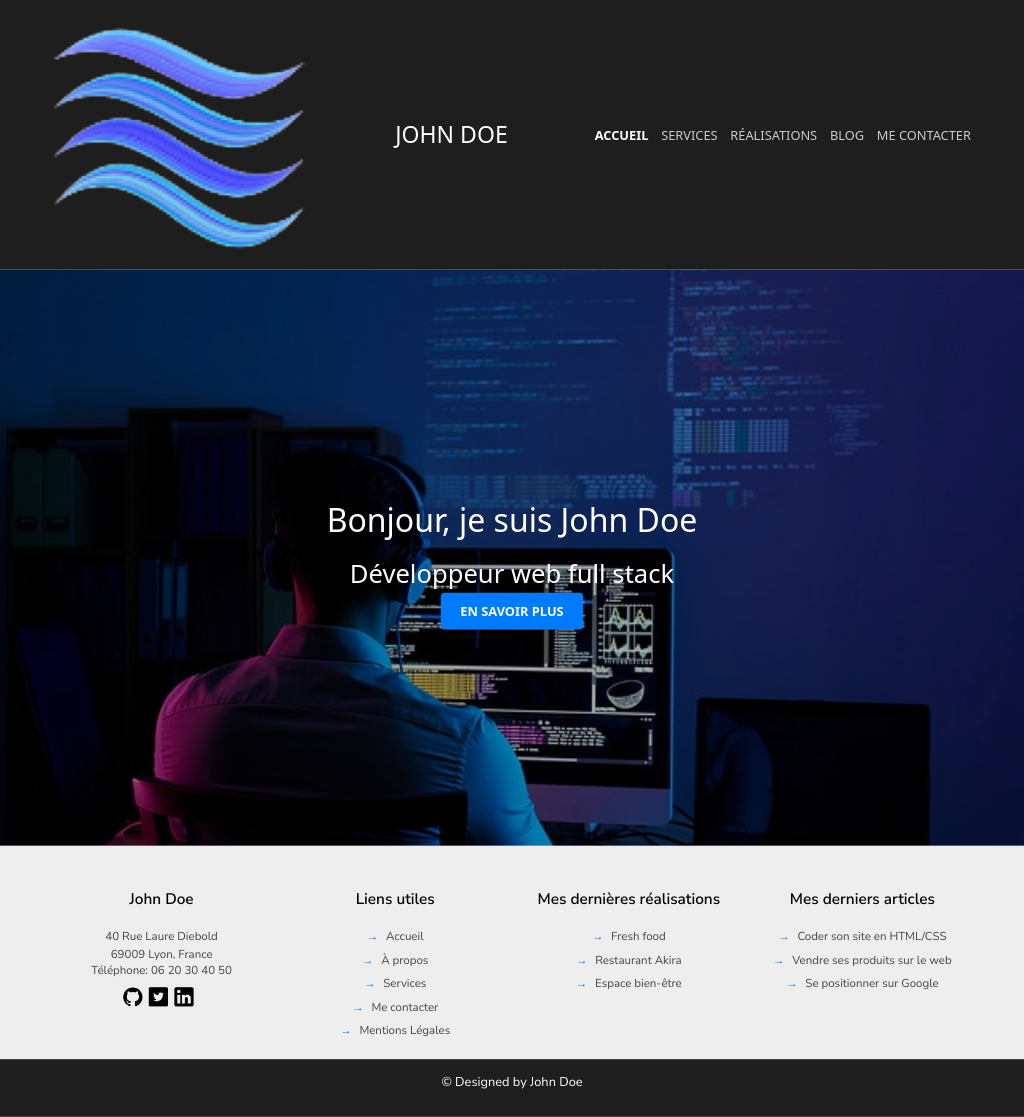
Repository: MagicCogs/optimisation-de-cv
Page: /
An editor plug-in stored every save of this project. The page is shown before and after the next save, followed by the edit.
The browser window is 1280 px wide. The pictures show the whole page, at 80% of full size.
The project was rebuilt for these pictures with package versions that can differ from the ones it lists, and the page was loaded fresh each time. Also part of the build but not shown: src/pages/Apropos.jsx, src/pages/Services.jsx, src/pages/Realisations.jsx, src/pages/Blog.jsx, src/pages/Contact.jsx, src/pages/MentionsLegales.jsx.

Above is the page before, as saved 2024-12-15 15:39:14.

### src/components/Header.jsx
import React, { useState } from 'react';
import { NavLink } from 'react-router-dom';
import '../styles/header.css';
import logo from '../images/logo.png';

const Header = () => {
  const [menuOpen] = useState(false);

  return (
    <header className="header">
      <div className="icon-card">
          <img src={logo} alt="Logo Icon" className="logo" />
      </div>
      <h1>JOHN DOE</h1>
      <nav className={`navbar ${menuOpen ? 'open' : ''}`}>
        <ul>
          <li>
            <NavLink exact to="/" activeClassName="active">
              ACCUEIL
            </NavLink>
          </li>
          <li>
            <NavLink className="nav-link" to="/services">
              SERVICES
            </NavLink>
          </li>
          <li>
            <NavLink className="nav-link" to="/realisations">
              RÉALISATIONS
            </NavLink>
          </li>
          <li>
            <NavLink className="nav-link" to="/blog">
              BLOG
            </NavLink>
          </li>
          <li>
            <NavLink className="nav-link" to="/contact">
              ME CONTACTER
            </NavLink>
          </li>
        </ul>
      </nav>
    </header>
  );
};

export default Header;

### src/components/Footer.jsx
import React, { useEffect } from 'react';
import { Link } from 'react-router-dom';
import '../styles/footer.css';
import githubIcon from '../images/github.png';
import twitterIcon from '../images/twitter.png';
import linkedinIcon from '../images/linkedin.png';

const Footer = () => {

  // Fonction pour faire défiler la page vers le haut
  const scrollToTop = () => {
    window.scrollTo({ top: 0, behavior: 'smooth' });
  };

  useEffect(() => {
    // Afficher ou cacher le bouton de retour en haut en fonction du défilement
    const handleScroll = () => {
      const scrollTopButton = document.getElementById('scrollTopButton');
      if (window.scrollY > 300) {
        scrollTopButton.style.display = 'block'; // Affiche le bouton si on défile plus de 300px
      } else {
        scrollTopButton.style.display = 'none'; // Cache le bouton si on est en haut de la page
      }
    };

    window.addEventListener('scroll', handleScroll); // Ajoute l'événement de scroll
    return () => {
      window.removeEventListener('scroll', handleScroll); // Nettoyage de l'événement
    };
  }, []);

  return (
    <footer className="footer-container">
      <div className="footer-content">
        <section id="profile">
          <h2>John Doe</h2>
          <p>40 Rue Laure Diebold<br />69009 Lyon, France<br />Téléphone: 06 20 30 40 50</p>
          <a href="https://github.com/MagicCogs" target="_blank" rel="nofollow noreferrer">
            <img src={githubIcon} alt="GitHub Icon" className="icon" />
          </a>
          <a href="https://x.com/home" target="_blank" rel="nofollow noreferrer">
            <img src={twitterIcon} alt="Twitter Icon" className="icon" />
          </a>
          <a href="https://www.linkedin.com/feed/?trk=guest_homepage-basic_google-one-tap-submit" target="_blank" rel="nofollow noreferrer">
            <img src={linkedinIcon} alt="LinkedIn Icon" className="icon" />
          </a>
        </section>

        <section id="liensutiles">
          <h2>Liens utiles</h2>
          <p><Link to="/">Accueil</Link></p>
          <p><Link to="/about">À propos</Link></p>
          <p><Link to="/services">Services</Link></p>
          <p><Link to="/contact">Me contacter</Link></p>
          <p><Link to="/mentions-legales">Mentions Légales</Link></p>
        </section>

        <section id="realisations">
          <h2>Mes dernières réalisations</h2>
          <p><Link to="/projects/fresh-food">Fresh food</Link></p>
          <p><Link to="/projects/akira-restaurant">Restaurant Akira</Link></p>
          <p><Link to="/projects/wellness-space">Espace bien-être</Link></p>
        </section>

        <section id="articles">
          <h2>Mes derniers articles</h2>
          <p><Link to="/blog/html-css">Coder son site en HTML/CSS</Link></p>
          <p><Link to="/blog/sell-online">Vendre ses produits sur le web</Link></p>
          <p><Link to="/blog/seo">Se positionner sur Google</Link></p>
        </section>
      </div>

      <div className="footer-bar">
        <p>© Designed by John Doe</p>
        <button
          id="scrollTopButton"
          className="scroll-top"
          onClick={scrollToTop}
        >
          ↑
        </button>
      </div>

    </footer>
  );
};

export default Footer;

### src/pages/Accueil.jsx
// src/pages/Accueil.jsx
import React from 'react';
import { Link } from 'react-router-dom';
import '../styles/main.css';

const Accueil = () => (
<div className="accueil">
<div className="accueil-content">
    <h1>Bonjour, je suis John Doe</h1>
    <h2>Développeur web full stack</h2>
    <Link to="/apropos" className="btn-apropos">
      En savoir plus
    </Link>
  </div>
</div>
);

export default Accueil;

### src/styles/header.css
.header {
    display: flex;
    flex-direction: column;
    align-items: center;
    justify-content: center;
    padding: 1rem;
    background-color: #1e1e1e;
    color: #ffffff;
    position: relative;
    z-index: 1000;
    width: 100%;
    transition: height 0.3s ease-out;
  }

  .header h1 {
    margin: 0;
    font-size: 1.8rem;
    color: #ffffff;
  }

  .navbar {
    display: none;
    flex-direction: column;
    align-items: center;
    width: 100%;
    background-color: #1e1e1e;
    position: absolute;
    top: 100%;
    left: 0;
    z-index: 999;
    overflow: hidden;
  }

  .navbar.open {
    display: flex;
  }

  .navbar ul {
    list-style-type: none;
    padding: 0;
    margin: 0;
    display: flex;
    flex-direction: column;
    align-items: center;
    gap: 1rem;
  }

  .navbar ul li a {
    color: #ccc;
    text-decoration: none;
    font-weight: 400;
    transition: color 0.3s;
  }

  .navbar ul li a:hover {
    color: #ffffff;
  }

  .navbar ul li a.active {
    color: #ffffff;
    font-weight: 600;
  }

  .hamburger {
    display: block;
    background: none;
    border: none;
    color: #ffffff;
    font-size: 1.5rem;
    cursor: pointer;
  }

  @media (min-width: 769px) {
    .header {
      flex-direction: row;
      justify-content: space-around;
      align-items: center;
    }

    .navbar {
      display: flex;
      position: static;
      flex-direction: row;
      width: auto;
      background-color: transparent;
    }

    .hamburger {
      display: none;
    }

    .navbar ul {
      flex-direction: row;
      gap: 1rem;
    }
  }

### src/styles/footer.css
@import url('https://fonts.googleapis.com/css2?family=Nunito+Sans:wght@400;600&display=swap');

footer {
  text-align: center;
  color: rgb(0, 0, 0);
}

.footer {
  display: flex;
  flex-direction: column;
  justify-content: space-between;
  min-height: 100vh;
  background-color: #EEE;
}

.footer-container {
  background-color: #EEE;
  color: #444;
  font-family: 'Nunito Sans', sans-serif;
  padding-top: 2rem;
}

.footer-content {
  display: flex;
  justify-content: space-between;
  max-width: 1200px;
  margin: 0 auto;
  padding: 1rem;
  flex-wrap: wrap;
}

.footer-content section {
  flex: 1;
  margin: 0 1rem;
}

.footer-content section h2 {
  color: black;
  font-family: 'Nunito Sans', sans-serif;
  font-weight: 600;
  font-size: 1.2rem;
  margin-bottom: 1rem;
}

.footer-content section p {
  font-family: 'Nunito Sans', sans-serif;
  font-weight: 400;
  margin: 0.5rem 0;
  font-size: 0.9rem;
}

.footer-content section p a {
  color: #444;
  text-decoration: none;
  padding-left: 1.5rem;
  position: relative;
}

.footer-content section p a::before {
  color: #0d6efd;
  content: '→';
  position: absolute;
  left: 0;
}

.icon {
  color: #1e1e1e;
  width: 24px;
  height: 24px;
  margin-right: 0.5rem;
  cursor: pointer;
}

.icon:hover {
  opacity: 0.8;
}

.footer-bar {
  display: flex;
  justify-content: center;
  align-items: center;
  gap: 1rem;
  background-color: #1e1e1e;
  color: white;
  text-align: center;
  padding: 1rem 0;
  width: 100%;
}

.scroll-top {
  background-color: #0d6efd;
  border: none;
  border-radius: 50%;
  color: white;
  width: 40px;
  height: 40px;
  cursor: pointer;
  font-size: 1.2rem;
  display: none;
}

.scroll-top:hover {
  opacity: 0.8;
}

Loaded but not shown: public/index.html (common file); src/index.js (common file); src/index.css (common file); src/reportWebVitals.js (common file); src/App.js (34 lines, source omitted); src/styles/main.css (750 lines, source omitted)

After the next save:
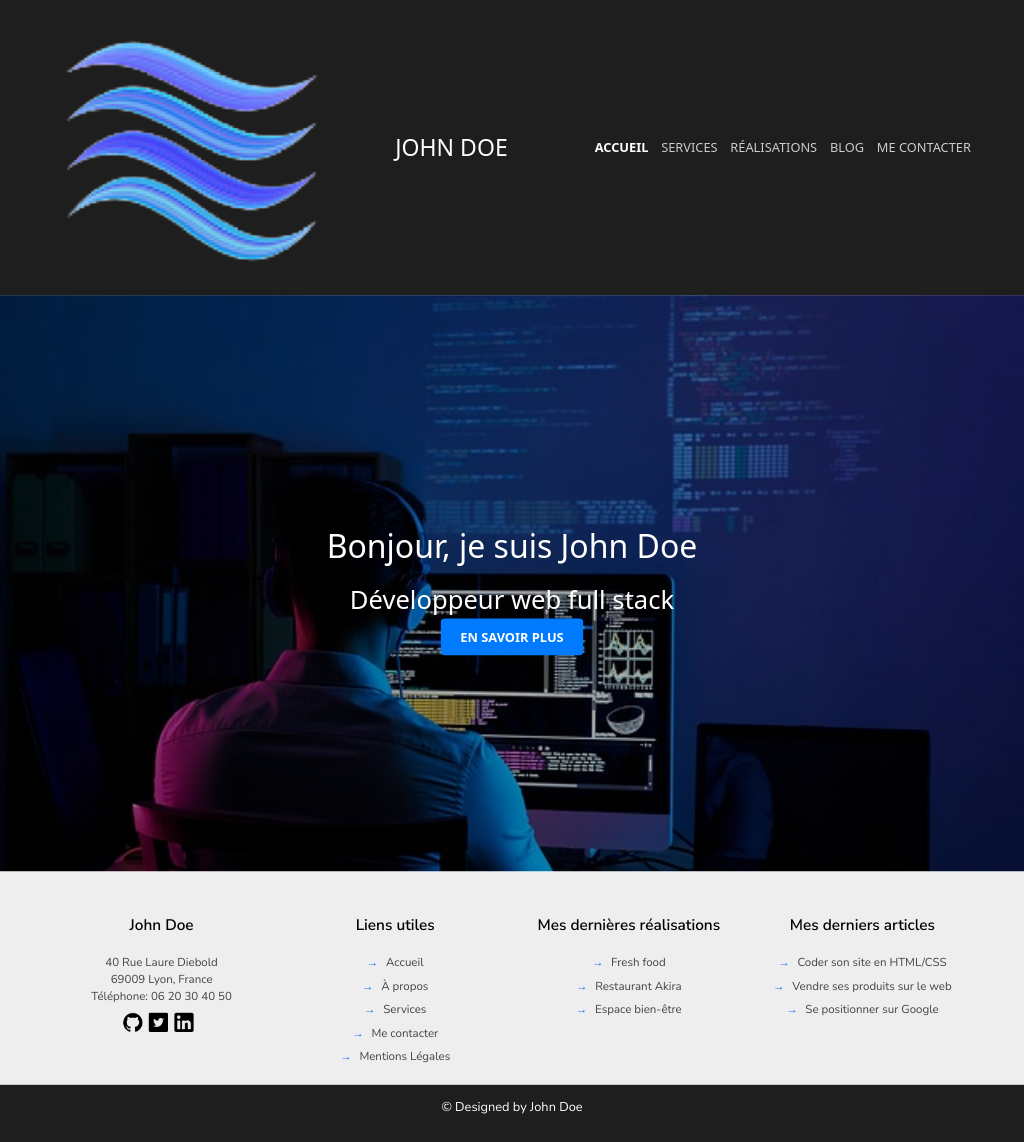
Saved 5 min 53 s later.
--- a/src/styles/header.css
+++ b/src/styles/header.css
@@ -10,6 +10,10 @@
     z-index: 1000;
     width: 100%;
     transition: height 0.3s ease-out;
+  }
+
+  .logo {
+    padding: 5%;
   }
 
   .header h1 {

After the 2 saves that followed:
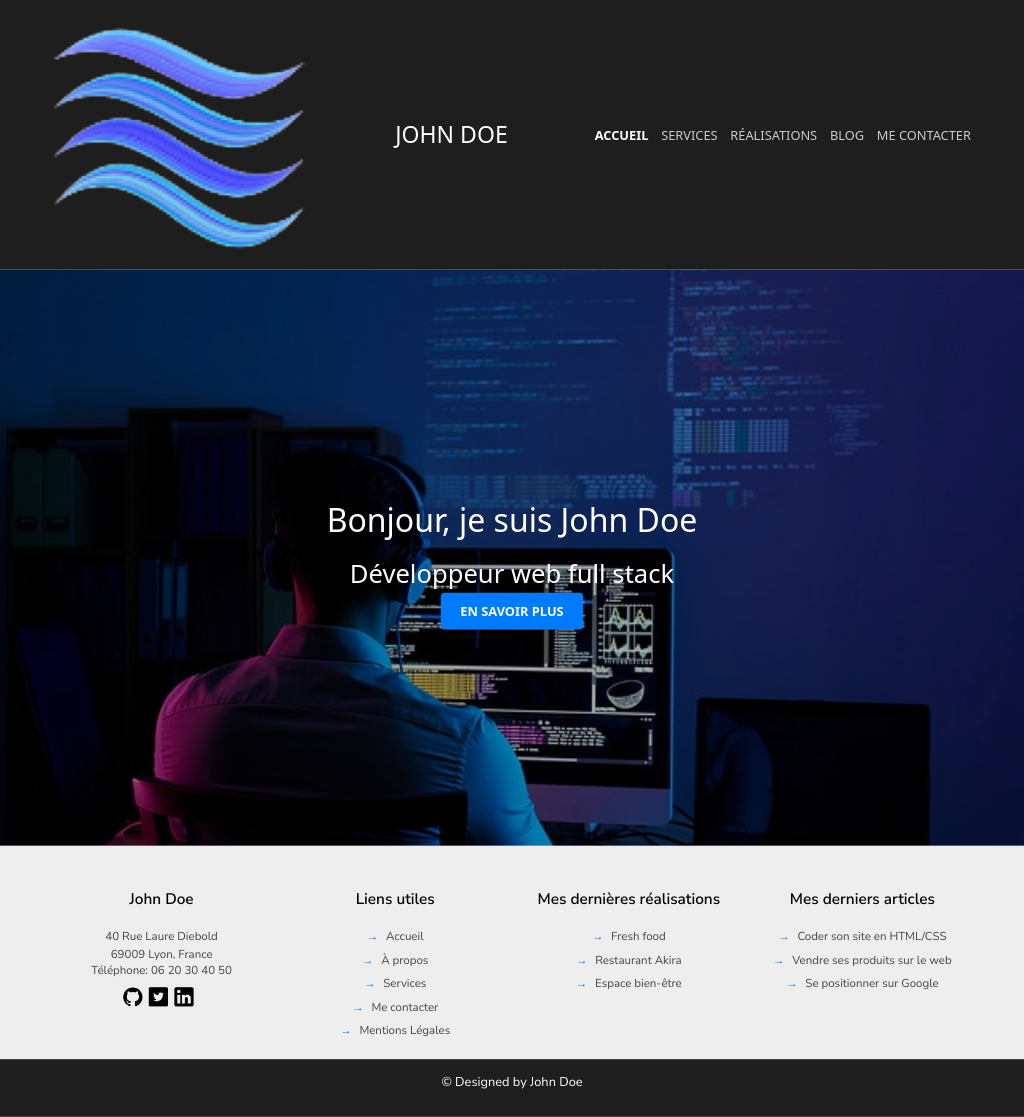
The 2 saves are shown as one change because 1 left the picture as it was.
The last was saved 26 s later.
--- a/src/styles/header.css
+++ b/src/styles/header.css
@@ -13,7 +13,7 @@
   }
 
   .logo {
-    padding: 5%;
+    padding: -5%;
   }
 
   .header h1 {
